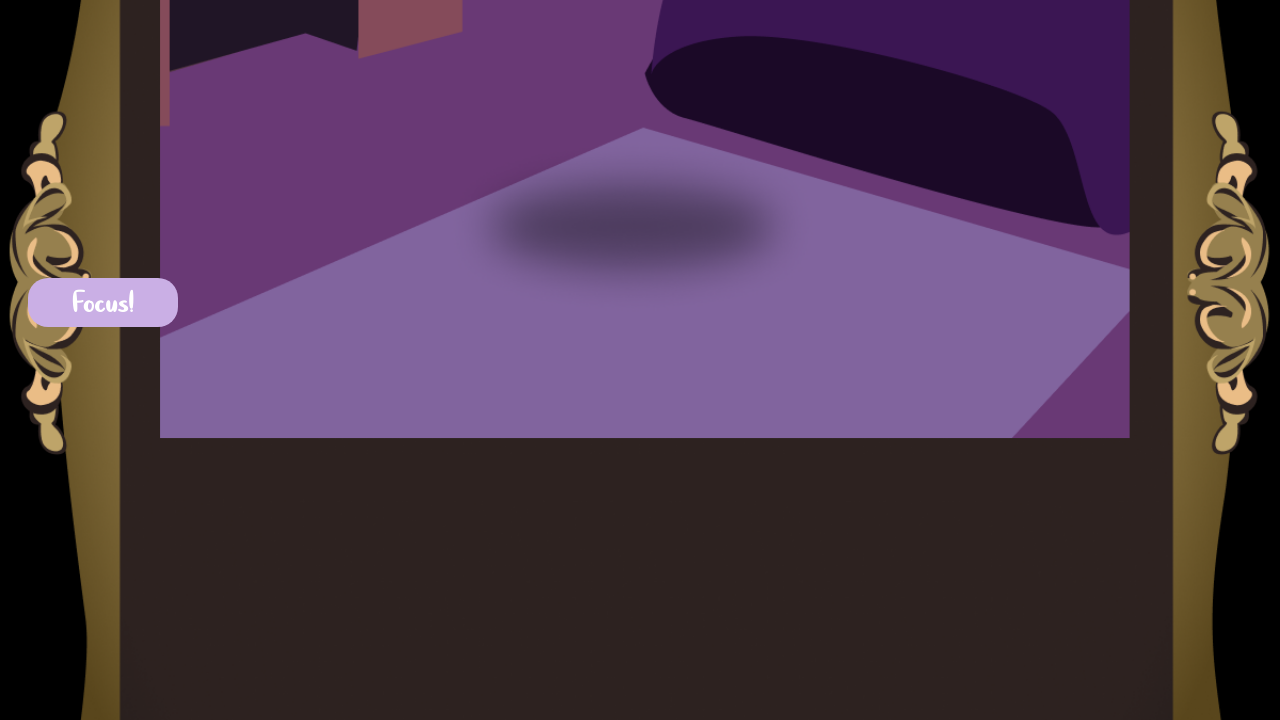
Repository: zhangolivia7/Little-Witch-Alcove
Page: popup.html
An editor plug-in stored every save of this project. The page is shown before and after the next save, followed by the edit.
The browser window is 1280 px wide. The pictures show the whole page.

Above is the page before, as saved 2025-11-15 16:16:35.

After the next save:
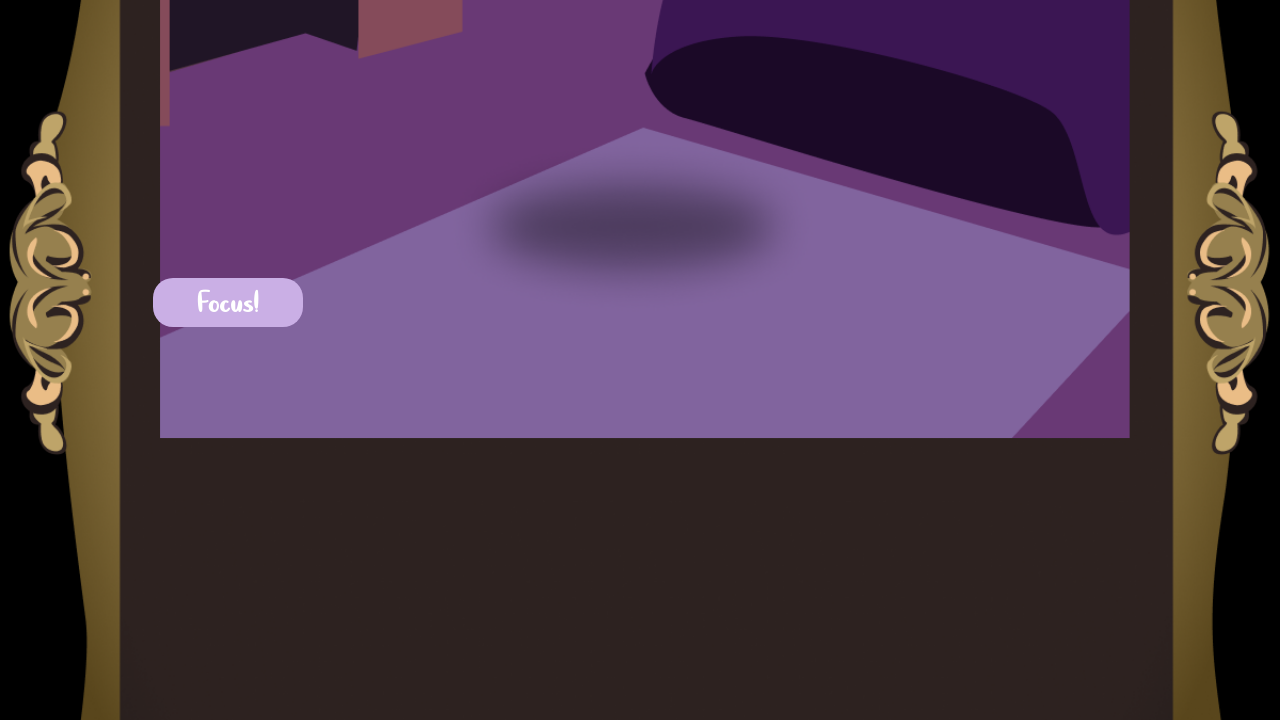
Saved 12 s later.
--- a/popup.css
+++ b/popup.css
@@ -22,7 +22,7 @@ body {
 
   #focus-btn {
     width: 150px;
-    margin-top: 250px;
+    margin: 250px auto 0 auto;
     padding: 10px 5px 5px 5px;
     border-radius: 20px;
     background: #CAAFE5;
@@ -31,4 +31,5 @@ body {
     font-size: 36px;
     border: none;
     cursor: pointer;
+    display: block;
   }
